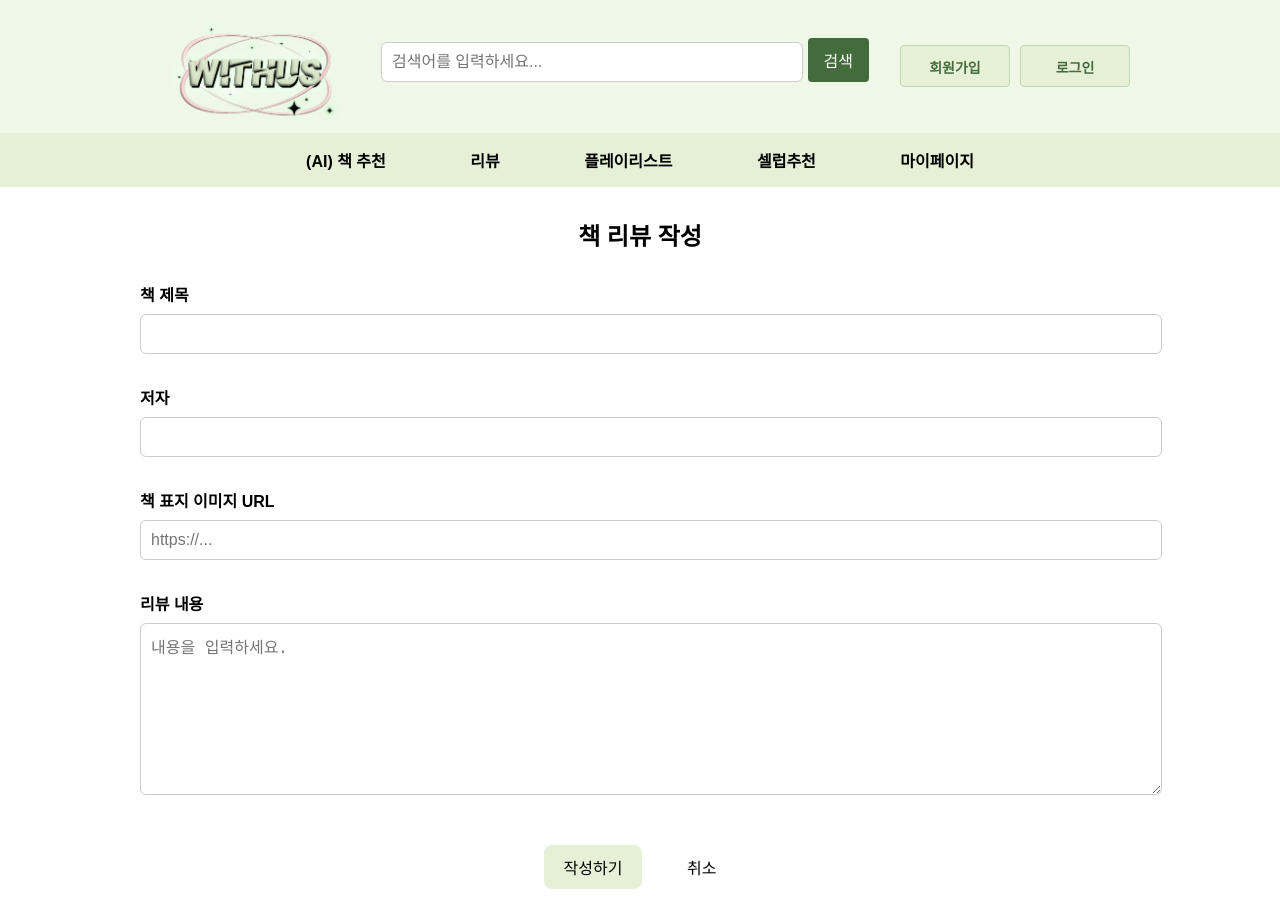
Repository: book-recommendation-team/book_recommendation_web_project
Page: http://localhost/BookRec_Final/reviewForm.jsp
An editor plug-in stored every save of this project. The page is shown before and after the next save, followed by the edit.
The browser window is 1280 px wide. The pictures show the whole page.
The page is served by Tomcat 9.

Above is the page before, as saved 2025-07-09 03:59:27.

After the next save:
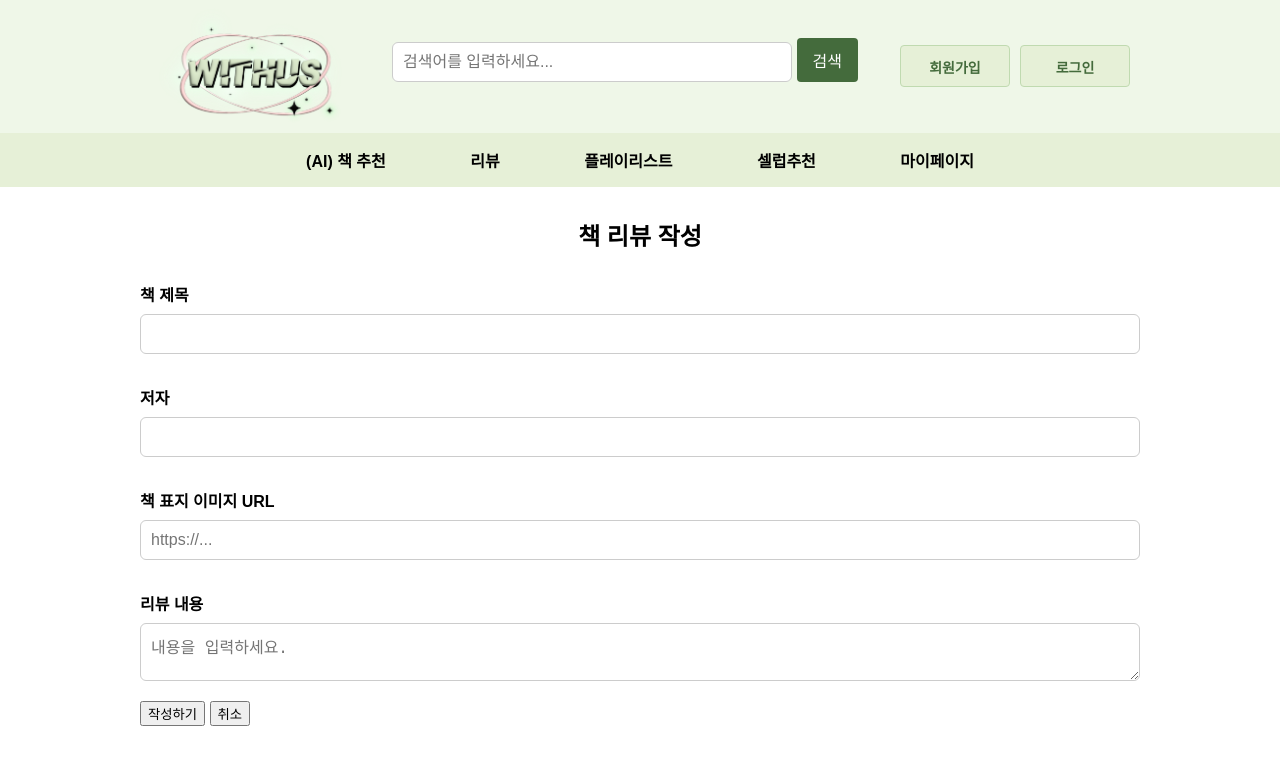
Saved 4 min 15 s later.
--- a/BookRec_Final/src/main/webapp/reviewForm.jsp
+++ b/BookRec_Final/src/main/webapp/reviewForm.jsp
@@ -39,7 +39,8 @@ label {
 	font-weight: bold;
 }
 
-input[type="text"], textarea {
+input[type="text"], input[type="file"], textarea {
+	box-sizing: border-box;
 	width: 100%;
 	padding: 10px;
 	margin-top: 8px;
@@ -49,33 +50,76 @@ input[type="text"], textarea {
 	font-size: 1rem;
 }
 
-textarea {
-	height: 150px;
-	resize: vertical;
+.editor-block {
+	width: 100%;
+	border: 1px solid #ddd;
+	padding: 12px;
+	border-radius: 8px;
+	margin-bottom: 12px;
+	background-color: #fff;
 }
 
-.button-group {
-	text-align: center;
-	margin-top: 30px;
+.editor-block textarea {
+	resize: vertical;
+	min-height: 80px;
 }
 
-.button-group button {
-	padding: 10px 20px;
-	border: none;
-	border-radius: 8px;
-	font-size: 1rem;
-	cursor: pointer;
-	margin: 0 10px;
+.editor-block input[type="file"] {
+	background-color: #f4f4f4;
 }
 
-.button-submit {
+.button-box {
+	text-align: center;
+	margin-top: 24px;
+}
+
+.button-box button {
+	padding: 10px 20px;
+	font-size: 1rem;
+	border: none;
+	border-radius: 6px;
+	margin-left: 10px;
+	cursor: pointer;
+}
+
+.submit-btn {
 	background-color: #e6f0d7;
 	color: black;
 }
 
-.button-cancel {
+.cancel-btn {
 	background-color: #fff;
 	color: black;
+}
+
+.add-block-btn {
+	display: block;
+	margin: 0 auto 20px;
+	padding: 8px 16px;
+	border-radius: 10px;
+	background-color: #eff7f8;
+	color: black;
+	border: none;
+	cursor: pointer;
+}
+
+/* ⭐ 별점 관련 스타일 (이건 꼭 바깥에 있어야 적용됨) */
+.star-rating {
+  display: flex;
+  gap: 10px;
+  font-size: 32px;
+  margin-bottom: 20px;
+}
+
+.star {
+  cursor: pointer;
+  color: #ddd;
+  transition: color 0.2s ease-in-out;
+}
+
+.star.hovered,
+.star.selected {
+  color: gold;
 }
 </style>
 </head>
